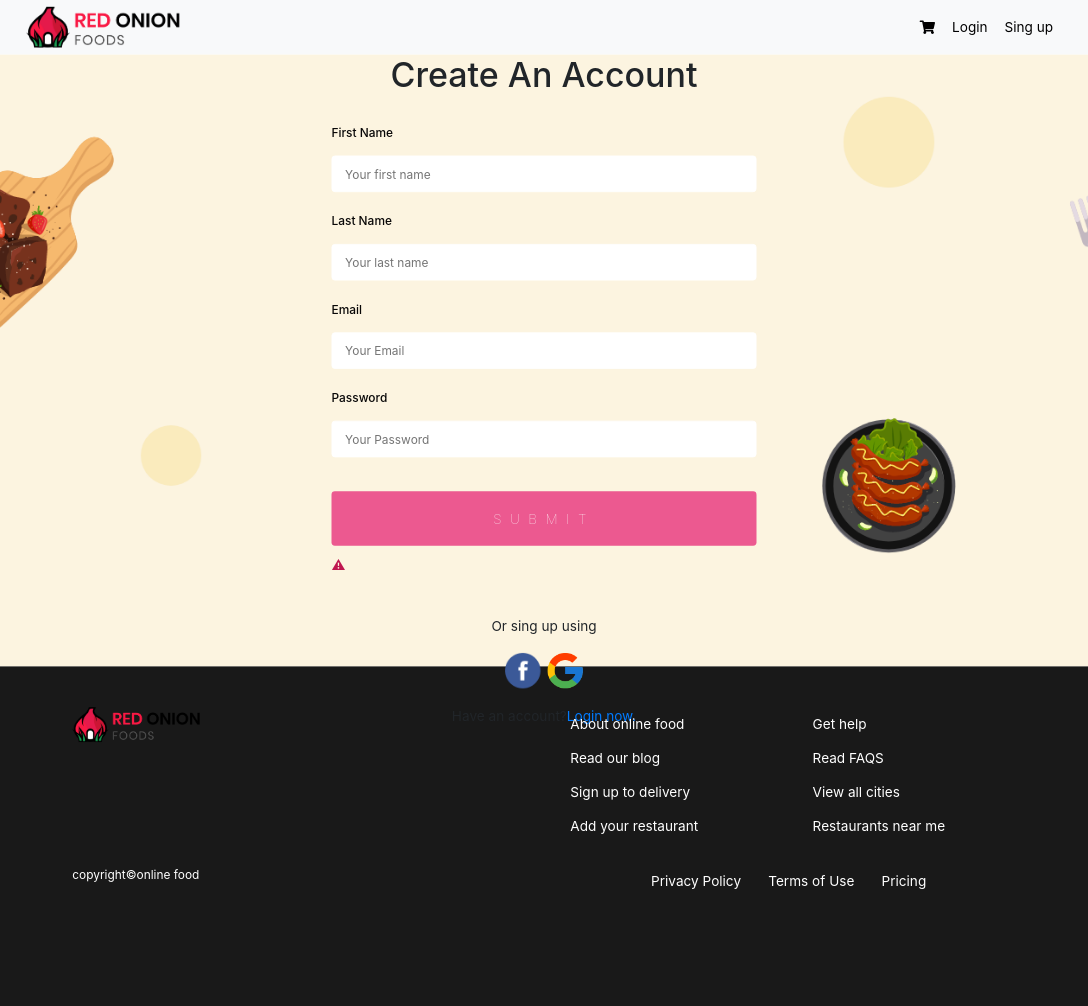
Repository: arif286/red-onion-client
Page: /
The author's editor kept a copy of each file at every save. The page is drawn from the files as they stood at one save, then again after the next save.
The browser window is 1280 px wide. The pictures show the whole page, at 85% of full size.
The project was rebuilt for these pictures with package versions that can differ from the ones it lists, and the page was loaded fresh each time. Some packages were replaced by stand-ins written for this rebuild. Also part of the build but not shown: src/App.css, src/components/Cart/Cart.js, src/components/SearchBar/SearchBar.css, src/components/SearchBar/SearchBar.js, src/components/FoodDetails/FoodDetail.css, src/components/FoodDetails/FoodDetail.js, src/components/DeliveryFood/DeliveryFood.js, src/components/Food/Food.css and 4 more.

Above is the page before, as saved 2021-03-26 14:27:56.

### src/App.js
import "bootstrap/dist/css/bootstrap.min.css";
import React, { createContext, useState } from "react";
import { BrowserRouter as Router, Route, Switch } from "react-router-dom";
import './App.css';
import Cart from "./components/Cart/Cart";
import FoodDetail from "./components/FoodDetails/FoodDetail";
import Footer from "./components/Footer/Footer";
import Header from "./components/Header/Header";
import Home from './components/Home/Home';
import Login from "./components/LogIn/Login";
import PrivateRoute from "./components/PrivateRoute/PrivateRoute";
import SingUp from "./components/SingUp/SingUp";


export const UserContext = createContext();
function App() {
  const [loggedInUser, setLoggedInUser] = useState({});
  return (
    <UserContext.Provider value={[loggedInUser, setLoggedInUser]}>
      <Router>
        <Header />
        <Switch>
          <Route path="/home">
            <Home />
          </Route>
          <Route path="/signUp">
            <SingUp />
          </Route>
          <Route path="/login">
            <Login />
          </Route>
          <Route path="/food/details/:foodId">
            <FoodDetail />
          </Route>
          <PrivateRoute>
            <Cart/>
          </PrivateRoute>
          <Route exact path="/">
            <Home/>
          </Route>
        </Switch>
        <Footer />
      </Router>
    </UserContext.Provider>
  );

}

export default App;

### src/components/Footer/Footer.js
import React from 'react';
import { NavLink } from 'react-bootstrap';
import Logo from '../../onion-restaurent/logo2.png';
import './Footer.css';

const Footer = () => {
    return (
      <footer>
        <div className="container">
          <div className="row pt-5">
            <div className="col-md-6 col-sm-12 pb-4">
              <img className="footer-img" src={Logo} alt="" />
            </div>
            <div className="col-md-3 col-sm-12 pb-4">
              <ul className="nav flex-column">
                <li className="nav-item">
                  <NavLink
                    className="nav-link active footer-link"
                    aria-current="page"
                    to="/"
                  >
                    About online food
                  </NavLink>
                </li>
                <li className="nav-item">
                  <NavLink className="nav-link footer-link" to="/">
                    Read our blog
                  </NavLink>
                </li>
                <li className="nav-item">
                  <NavLink className="nav-link footer-link" to="/">
                    Sign up to delivery
                  </NavLink>
                </li>
                <li className="nav-item">
                  <NavLink className="nav-link footer-link" to="/">
                    Add your restaurant
                  </NavLink>
                </li>
              </ul>
            </div>
            <div className="col-md-3 col-sm-12 pb-4">
              <ul className="nav flex-column">
                <li className="nav-item">
                  <NavLink
                    className="nav-link footer-link"
                    aria-current="page"
                    to="/"
                  >
                    Get help
                  </NavLink>
                </li>
                <li className="nav-item">
                  <NavLink className="nav-link footer-link" to="/">
                    Read FAQS
                  </NavLink>
                </li>
                <li className="nav-item">
                  <NavLink className="nav-link footer-link" to="/">
                    View all cities
                  </NavLink>
                </li>
                <li className="nav-item">
                  <NavLink className="nav-link footer-link" to="/">
                    Restaurants near me
                  </NavLink>
                </li>
              </ul>
            </div>
          </div>

          <div className="row">
            <div className="col-md-7">
              <p className='copy-right'>
                <small>
                  copyright<span>&#169;</span>online food
                </small>
              </p>
            </div>
            <div className="col-md-5">
              <div className='d-flex'>
                <NavLink className="footer-link">Privacy Policy</NavLink>
                <NavLink className="footer-link">Terms of Use</NavLink>
                <NavLink className="footer-link">Pricing</NavLink>
              </div>
            </div>
          </div>
        </div>
      </footer>
    );
};

export default Footer;

### src/components/Header/Header.js
import { faShoppingCart } from "@fortawesome/free-solid-svg-icons";
import { FontAwesomeIcon } from "@fortawesome/react-fontawesome";
import React from 'react';
import { NavLink } from "react-router-dom";
import logo from '../../onion-restaurent/logo2.png';
import './Header.css';
const cart = <FontAwesomeIcon icon={faShoppingCart} />;
const Header = () => {
    const header = {
        logo : {width: '180px'}
    }
    return (
      <div>
        <nav className="navbar navbar-expand-lg navbar-light bg-light">
          <div className="container-fluid">
            <div>
              <img style={header.logo} src={logo} alt="" />
            </div>
            <button
              className="navbar-toggler"
              type="button"
              data-bs-toggle="collapse"
              data-bs-target="#navbarNav"
              aria-controls="navbarNav"
              aria-expanded="false"
              aria-label="Toggle navigation"
            >
              <span className="navbar-toggler-icon"></span>
            </button>
            <div
              className="collapse  navbar-collapse justify-content-end"
              id="navbarNav"
            >
              <ul className="navbar-nav">
                <li className="nav-item">
                  <NavLink className="header-link" to="/">
                    {cart}
                  </NavLink>
                </li>
                <li className="nav-item">
                  <NavLink className="header-link" to="/login">
                    Login
                  </NavLink>
                </li>
                <li className="nav-item">
                  <NavLink className="header-link" to="/signUp">
                    Sing up
                  </NavLink>
                </li>
              </ul>
            </div>
          </div>
        </nav>
      </div>
    );
};

export default Header;

### src/components/PrivateRoute/PrivateRoute.js
import React, { useContext } from "react";
import { Redirect, Route } from "react-router";
import { UserContext } from "../../App";

const PrivateRoute = ({ children, ...rest }) => {
    const [loggedInUser, setLoggedInUser] = useContext(UserContext)
  return (
    <Route
      {...rest}
      render={({ location }) =>
        loggedInUser.email ? (
          children
        ) : (
          <Redirect
            to={{
              pathname: "/signUp",
              state: { from: location },
            }}
          />
        )
      }
    />
  );
};

export default PrivateRoute;

### src/components/SingUp/SingUp.js
import React, { useContext } from 'react';
import { useForm } from "react-hook-form";
import { Link } from 'react-router-dom';
import { UserContext } from '../../App';
import image from '../../onion-restaurent/bannerbackground.png';
import { createAccountWithEmailPassword, initializeLoginFramework } from '../LogIn/LoginManager';
import WithoutLogin from '../LogIn/WithoutLogin';
import './SingUp.css';
const bgImage = {
  backgroundImage: `url(${image})`,
  backgroundRepeat: "no-repeat, repeat",
  height: "100vh",
  backgroundSize: "cover",
    backgroundPosition: "bottom",
};

const SingUp = () => {
  const [loggedInUser, setLoggedInUser] = useContext(UserContext);

    const { register, handleSubmit, errors } = useForm();
  initializeLoginFramework();

    const onSubmit = (data) => {
        const { firstName, lastName, email, password } = data;
        const name = `${firstName} ${lastName}`
        createAccountWithEmailPassword(email, password, name)
          .then(res => {
            console.log(res)
            console.log(res.displayName, res.email)
            setLoggedInUser(res);
          })
          .catch(error => {
          console.log(error)
            setLoggedInUser(error);
        })
    };
   console.log(loggedInUser);
    return (
      <div style={bgImage}>
        <div className='container'>
          <h1 className="form-header"> Create An Account</h1>
          {loggedInUser.email && (
            <div className="alert alert-success" role="alert">
              Your account has been created successfully!
            </div>
          )}
          <form className="form-submit" onSubmit={handleSubmit(onSubmit)}>
            <label htmlFor="firstName">First Name</label>
            <input
              defaultValue=""
              name="firstName"
              placeholder="Your first name"
              ref={register({
                validate: (value) => value.length > 3,
                required: true,
              })}
            />
            {errors.firstName && (
              <p>Your first name is less than 3 characters</p>
            )}

            <label htmlFor="lastName">Last Name</label>
            <input
              defaultValue=""
              name="lastName"
              placeholder="Your last name"
              ref={register({
                validate: (value) => value.length > 2,
                required: true,
              })}
            />
            {errors.lastName && <p>Your last name is less than 2 characters</p>}

            <label htmlFor="email">Email</label>
            <input
              defaultValue=""
              name="email"
              placeholder="Your Email"
              type="email"
              ref={register({
                required: true,
                pattern: /^(([^<>()[\]\\.,;:\s@"]+(\.[^<>()[\]\\.,;:\s@"]+)*)|(".+"))@((\[[0-9]{1,3}\.[0-9]{1,3}\.[0-9]{1,3}\.[0-9]{1,3}\])|(([a-zA-Z\-0-9]+\.)+[a-zA-Z]{2,}))$/,
              })}
            />
            {errors.email && <p>Your email is invalid</p>}

            <label htmlFor="password">Password</label>
            <input
              defaultValue=""
              name="password"
              placeholder="Your Password"
              type="password"
              ref={register({
                required: true,
                pattern: /^(?=.*\d)(?=.*[a-z])(?=.*[A-Z]).{6,20}$/,
              })}
            />
            {errors.password && (
              <p>
                password between 6 to 20 characters which contain one numeric
                digit, one uppercase and one lowercase letter.
              </p>
            )}

            <input type="submit" />
            {!loggedInUser.success && <p>{loggedInUser.error}</p>}
          </form>
          <div>
            <WithoutLogin />
            <p className="text-center">
              Have an account?
              <Link to="/login">Login now.</Link>
            </p>
          </div>
        </div>
      </div>
    );
};

export default SingUp;

### src/components/Footer/Footer.css
.footer-img {
  width: 150px;
}
footer {
  background-color: #191919;
  height: 400px;
}
.footer-link {
  color: white;
}
.footer-link:hover {
  color: #878787;
}
.copy-right {
  color: white;
}

### src/components/Header/Header.css
.header-link {
  color: black;
  display: inline-block;
  padding: 10px;
}
.header-link:hover {
  text-decoration: none;
  color: #777777;
}

### src/components/LogIn/LoginManager.js
import firebase from "firebase/app";
import "firebase/auth";
import firebaseConfig from "./firebase.config";


export const initializeLoginFramework = () => {
  if (firebase.apps.length === 0) {
    firebase.initializeApp(firebaseConfig);
  }
};

const provider = new firebase.auth.GoogleAuthProvider();

export const handleGoogleSingIn = () => {
    return firebase
      .auth()
      .signInWithPopup(provider)
      .then((result) => {

          const { displayName, email, phoneNumber, photoURL } = result.user;
          const signInUser = {
              isSignIn: true,
              name: displayName,
              email: email,
              phone: phoneNumber,
              photo: photoURL,
          };
          return signInUser;
      })
      .catch((error) => {
        // Handle Errors here.
        const signInUser = {
          isSignIn: false,
          name: '',
          email: '',
          password: '',
          phone: '',
          photo: '',
        }
        signInUser.error = error.message;
        return signInUser;
      });
}
export const logInWithEmailPassword = (email, password) => {
    return firebase
      .auth()
      .signInWithEmailAndPassword(email, password)
      .then(res => {
        const newUserInfo = res.user
        newUserInfo.error = '';
        newUserInfo.success = true;
        return newUserInfo;
          })
      .catch((error) => {
        const newUserInfo = {}
        newUserInfo.error = error.message;
        newUserInfo.success = false;
        console.log(error.message)
        return newUserInfo;
      });
}

export const createAccountWithEmailPassword = (email, password, name) => {
  return firebase
    .auth()
    .createUserWithEmailAndPassword(email, password)
    .then((res) => {
      const newUserInfo = res.user
      newUserInfo.error = '';
      newUserInfo.success = true;
      updateUserName(name);
      return newUserInfo;
    })
    .catch((error) => {
      console.log(error);
      const newUserInfo = {}
      newUserInfo.error = error.message;
      newUserInfo.success = false;
      return newUserInfo;
    });
};

const updateUserName = (name) => {
  const user = firebase.auth().currentUser;

  user
    .updateProfile({
      displayName: name,
    })
    .then(function () {
      // Update successful.
      console.log("user name update");
    })
    .catch(function (error) {
      // An error happened.
      console.log(error);
    });
};

const fbProvider = new firebase.auth.FacebookAuthProvider();

export const handleFacebookSignIn = () => {
   return firebase
    .auth()
    .signInWithPopup(fbProvider)
    .then((result) => {
      const { displayName, email, phoneNumber, photoURL } = result.user;
      const signInUser = {
        isSignIn: true,
        name: displayName,
        email: email,
        phone: phoneNumber,
        photo: photoURL,
      };
      return signInUser;
    })
     .catch((error) => {
      console.log(error);
      const signInUser = {
        isSignIn: false,
        name: "",
        email: "",
        password: "",
        phone: "",
        photo: "",
      };
      signInUser.error = error.message;
      return signInUser;
    });
}

### src/components/LogIn/WithoutLogin.js
import React, { useContext } from 'react';
import { useHistory, useLocation } from "react-router-dom";
import { UserContext } from '../../App';
import facebook from "../../onion-restaurent/ICON/Facebook.png";
import google from "../../onion-restaurent/ICON/Google.png";
import "./Login.css";
import {
    handleFacebookSignIn,
    handleGoogleSingIn,
    initializeLoginFramework
} from "./LoginManager";


const WithoutLogin = () => {
    const [loggedInUser, setLoggedInUser] = useContext(UserContext);
    const history = useHistory();
    const location = useLocation();
    const { from } = location.state || { from: { pathname: "/" } };

    initializeLoginFramework();

      const handleGoogleLogin = () => {
        handleGoogleSingIn().then((res) => {
          console.log(res);
          setLoggedInUser(res);
          history.replace(from);
        });
        console.log("click me");
    };

      const handleFacebookLogin = () => {
        handleFacebookSignIn()
          .then((res) => {
            setLoggedInUser(res);
          })
          .catch((error) => {
            setLoggedInUser(error);
          });
      };
    return (
      <div className="mt-5">
        <p className="text-center">Or sing up using</p>
        <div className="d-flex justify-content-center">
          <p className="icon">
            <img onClick={handleFacebookLogin} src={facebook} alt="" />
          </p>
          <p className="icon">
            <img onClick={handleGoogleLogin} src={google} alt="" />
          </p>
        </div>
      </div>
    );
};

export default WithoutLogin;

### src/components/SingUp/SingUp.css
.form-submit {
  max-width: 500px;
  margin: 0 auto;
}

.form-header {
  /* font-weight: 100; */
  text-align: center;
  padding-bottom: 10px;
}

.form {
  background: #0e101c;
  max-width: 400px;
  margin: 0 auto;
}

.form-submit p {
  color: #bf1650;
}

.form-submit p::before {
  display: inline;
  content: "⚠ ";
}

.form-submit input {
  display: block;
  box-sizing: border-box;
  width: 100%;
  border-radius: 4px;
  border: 1px solid white;
  padding: 10px 15px;
  margin-bottom: 10px;
  font-size: 14px;
}

.form-submit label {
  line-height: 2;
  text-align: left;
  display: block;
  margin-bottom: 13px;
  margin-top: 20px;
  color: #080707;
  font-size: 14px;
  font-weight: 500;
}

button[type="submit"],
.form-submit input[type="submit"] {
  background: #ec5990;
  color: white;
  text-transform: uppercase;
  border: none;
  margin-top: 40px;
  padding: 20px;
  font-size: 16px;
  font-weight: 100;
  letter-spacing: 10px;
}

button[type="submit"]:hover,
.form-submit input[type="submit"]:hover {
  background: #bf1650;
}

/* button[type="submit"]:active,
.form-submit input[type="button"]:active,
.form-submit input[type="submit"]:active {
  transition: 0.3s all;
  transform: translateY(3px);
  border: 1px solid transparent;
  opacity: 0.8;
}

.form-submit input:disabled {
  opacity: 0.4;
}

.form-submit input[type="button"]:hover {
  transition: 0.3s all;
}

button[type="submit"],
.form-submit input[type="button"],
.form-submit input[type="submit"] {
  -webkit-appearance: none;
}

.App {
  max-width: 600px;
  margin: 0 auto;
}

button[type="button"] {
  display: block;
  appearance: none;
  background: #333;
  color: white;
  border: none;
  text-transform: uppercase;
  padding: 10px 20px;
  border-radius: 4px;
}

pre {
  color: white;
}

hr {
  margin-top: 30px;
}

button {
  display: block;
  appearance: none;
  margin-top: 40px;
  border: 1px solid #333;
  margin-bottom: 20px;
  text-transform: uppercase;
  padding: 10px 20px;
  border-radius: 4px;
} */

### src/components/LogIn/firebase.config.js
const firebaseConfig = {
  apiKey: "AIzaSyBWzfoc-TsST_RbsttCqWiNlDbUF6bRq4I",
  authDomain: "red-onion-food-shop.firebaseapp.com",
  projectId: "red-onion-food-shop",
  storageBucket: "red-onion-food-shop.appspot.com",
  messagingSenderId: "577645791834",
  appId: "1:577645791834:web:0a8111144bda71c388e663",
};
export default firebaseConfig;

### src/components/LogIn/Login.css
.icon img {
  width: 50px;
}

Loaded but not shown: public/index.html (common file); src/index.js (common file); src/index.css (common file); src/reportWebVitals.js (common file)

After the next save:
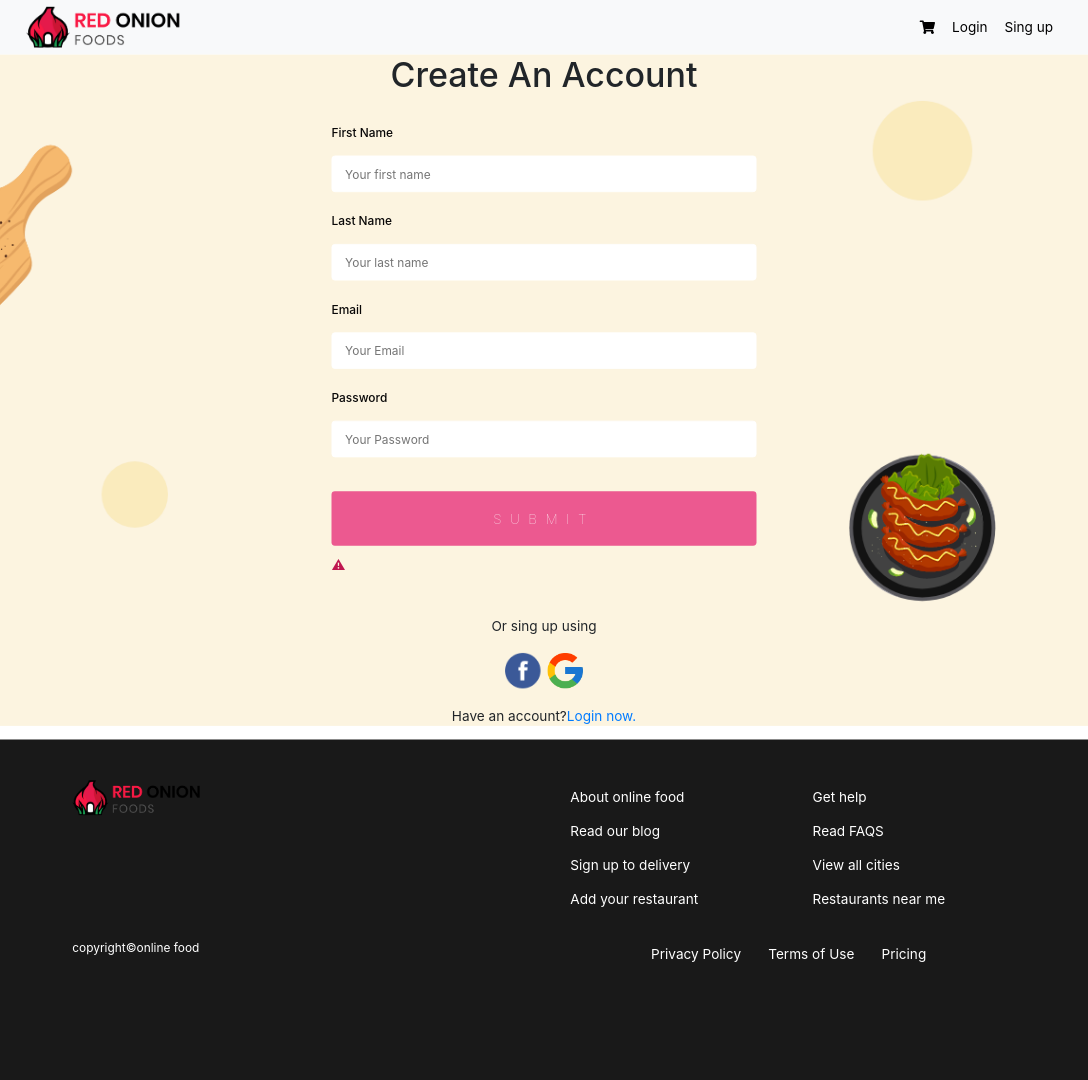
Saved 98 s later.
--- a/src/components/SingUp/SingUp.js
+++ b/src/components/SingUp/SingUp.js
@@ -9,7 +9,7 @@ import './SingUp.css';
 const bgImage = {
   backgroundImage: `url(${image})`,
   backgroundRepeat: "no-repeat, repeat",
-  height: "100vh",
+  // height: "100vh",
   backgroundSize: "cover",
     backgroundPosition: "bottom",
 };
